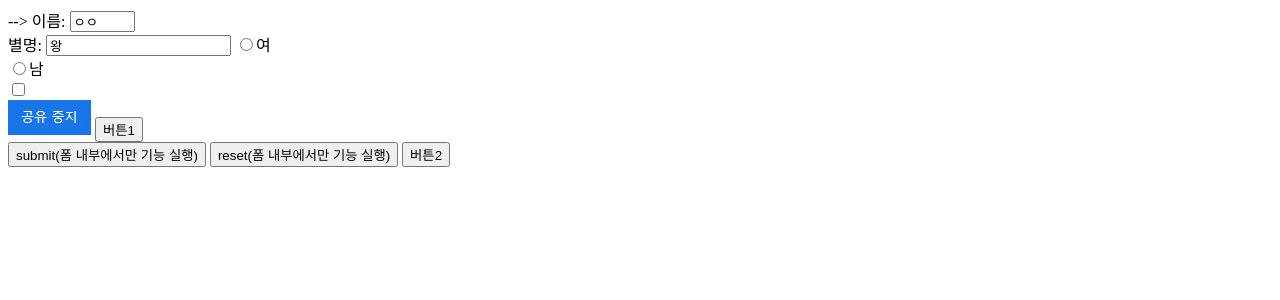
Repository: sunday1284/03_Web
Page: WebPro/src/main/webapp/1028/form요소.html
The author's editor kept a copy of each file at every save. The page is drawn from the files as they stood at one save, then again after the next save.
The browser window is 1280 px wide. The pictures show the whole page.

Above is the page before, as saved 2024-10-29 06:03:45.

After the next save:
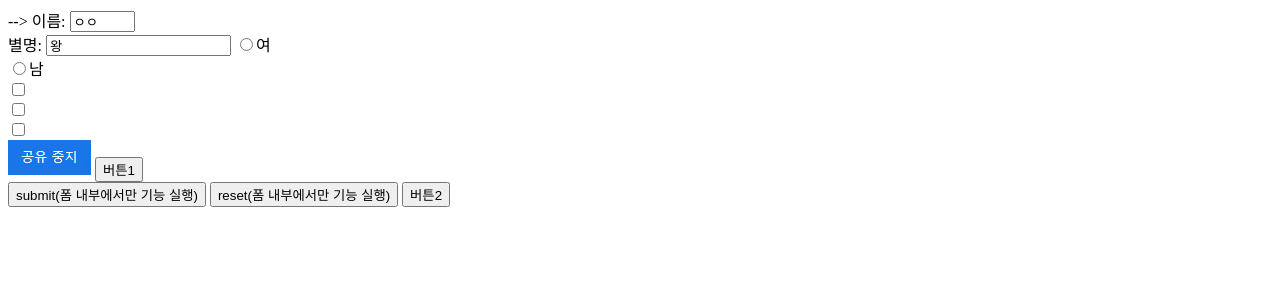
Saved 9 s later.
--- a/WebPro/src/main/webapp/1028/form요소.html
+++ b/WebPro/src/main/webapp/1028/form요소.html
@@ -16,6 +16,8 @@
 				<!-- <input type = 'password'> <br> -->
 				<input type = "radio" name ="gd" value="f">여 <br>
 				<input type = "radio" name ="gd" value="m">남 <br>
+				<input type = "checkbox"> <br>
+				<input type = "checkbox"> <br>
 				<input type = "checkbox"> <br>
 	<!-- 				<input type = "file"> <br> -->
 
